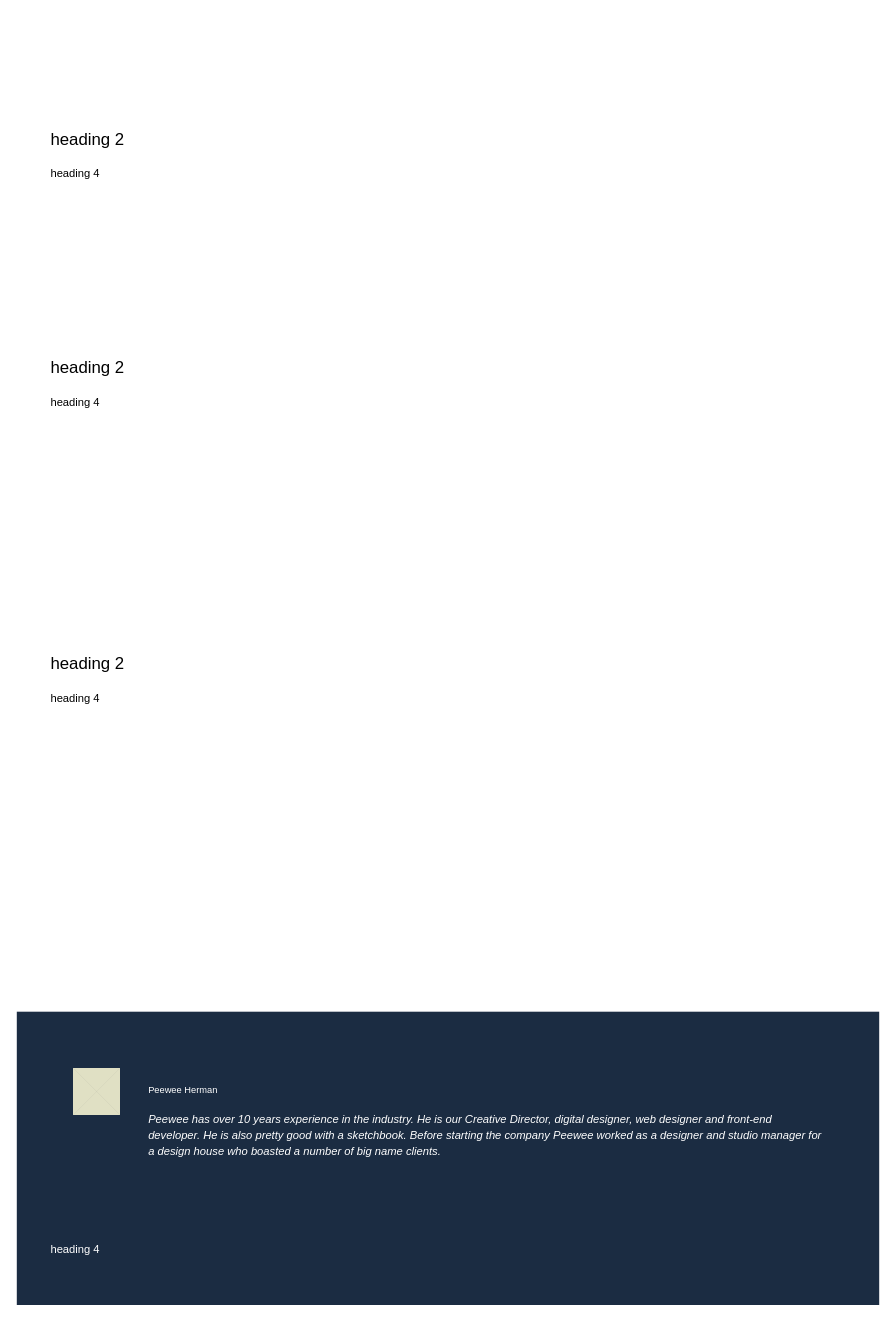
Repository: MonicaNguyenH/LAB-02A-Project1
Page: index.html
An editor plug-in stored every save of this project. The page is shown before and after the next save, followed by the edit.
The browser window is 1280 px wide. The pictures show the part of the page from y = 835 to 2755 px (the page is 2724 px tall before and 2755 px after), at 70% of full size.

Above is the page before, as saved 2024-02-06 19:05:42.

### index.html
<!doctype html>
<html class="no-js" lang="EN">

    <head>
        <meta charset="utf-8">
        <meta name="viewport" content="width=device-width, initial-scale=1">
        <title>Jumi - Tina - Monica  LAB-02A</title>
        <link rel="stylesheet" href="css/style.css">
        <meta name="description" content="">

        <meta property="og:title" content="">
        <meta property="og:type" content="">
        <meta property="og:url" content="">
        <meta property="og:image" content="">

        <link rel="icon" href="/favicon.ico" sizes="any">
        <link rel="icon" href="/icon.svg" type="image/svg+xml">
        <link rel="apple-touch-icon" href="icon.png">

        <link rel="manifest" href="site.webmanifest">
        <meta name="theme-color" content="#fafafa">
    </head>
    <body>
            <div className="row">
                <header class="headerContainer">
                    <div class="navigationBar">
                        <div class="logo"></div>
                        <div class="menuContainer">
                            <div class="menuComponent"></div>
                            <div class="menuComponent"></div>
                            <div class="menuComponent"></div>
                            <div class="menuComponent"></div>
                            <div class="menuComponent"></div>
                    </div>
                    <div class="carouselContainer"></div>
            </header>
            <main class="mainContainer">
                <div class="headingContainer">
                    <h1 class="headingOne">heading 1</h1>
                </div>
                <!--can be called serviceContainer-->
                <div class="infoContainer">
                    <div class="infoTitle">
                        <h2 class="headingTwo">heading 2</h2> <!--section intro heading-->
                        <h4 class="headingFour">heading 4</h4> <!--section intro subheading-->
                    </div>
                    <!--can be called sectionItem-->
                    <div class="infoBox"></div>
                    <div class="infoBox"></div>
                    <div class="infoBox"></div>
                    <div class="infoBox"></div>
                </div>
                <div class="imageContainer">
                    <div class="imageTitle">
                        <h2 class="headingTwo">heading 2</h2>
                        <h4 class="headingFour">heading 4</h4>
                    </div>
                    <div class="imageBox"></div>
                    <div class="imageBox"></div>
                    <div class="imageBox"></div>
                </div>
                <div class="projectContainer">
                    <div class="projectTitle">
                        <h2 class="headingTwo">heading 2</h2>
                        <h4 class="headingFour">heading 4</h4>
                    </div>
                    <div class="projectBox"></div>
                    <div class="projectBox"></div>
                    <div class="projectBox"></div>
                    <div class="projectBox"></div>
                    <div class="projectBox"></div>
                </div>
                <div class="accordionContainer">
                    <div class="accordionTitle">
                        <h2 class="headingTwo">heading 2</h2>
                        <h4 class="headingFour">heading 4</h4>
                    </div>
                    <div class="accordionMenu"></div>
                    <div class="accordionTab"></div>
                </div>
                <div class="sponsorshipContainer ">
                    <div class="sponsor"></div>
                    <div class="sponsor"></div>
                    <div class="sponsor"></div>
                    <div class="sponsor"></div>
                    <div class="sponsor"></div>
                </div>
            </main>
            <footer class="footerContainer">
                <div class="row s-col-1 m-col-2 l-col-4">
                    <div class="col row-span">
                        <div class="grid s-col-2 m-col-2-1 l-col-2-1">
                            <div class="col">
                                <img src="img/placeholder.svg" alt="placeholder image"/>
                            </div>
                            <div class="col">
                                <h5 class="headingFive">Peewee Herman</h5>
                                <p>Peewee has over 10 years experience in the industry. He is our Creative Director, digital designer, web designer and front-end developer. He is also pretty good with a sketchbook. Before starting the company Peewee worked as a designer and studio manager for a design house who boasted a number of big name clients.</p>
                            </div>
                        </div>
                    </div>
                    <div class="footerBox">
                        <h4 class="headingFour">heading 4</h4>
                    </div>
                    <div class="footerBox"></div>
                    <div class="footerBox"></div>
                    <div class="footerBox"></div>
                </div>
            </footer>
        </div>
    </body>


</html>

<!--
    - BEM
    - use instead of articleContainer - article
    - aricleItem
    - carouselSlide
    - never number stuff
    - naming convention is to reuse them as much as possible
    - dry - dont repeat yourself
    - avoid using straight width - height

-->

### css/style.css
:root {
    font-size: 1em;
    line-height: 1.4;
    color: var(--black);
    font-family: Helvetica, sans-serif;

    --dark-blue: #1B2C42;
    --white: #fff;
    --black: black;
    --blue: #56CBF9;
    --green: #ACECA1;
    --yellow: #F5D491;
    --pink: #F17EA6;
 }

audio,
canvas,
iframe,
img,
svg,
video {
    vertical-align: middle;
}

fieldset {
    border: 0;
    margin: 0;
    padding: 0;
}

textarea {
    resize: vertical;
}

img {
    width: 100%;
}

h1,
h2,
h3,
h4,
h5,
h6 {
    font-family: Arial, Helvetica, sans-serif;
    font-weight: 300;
}

p {
    font-family: Arial, Helvetica, sans-serif;
}

div,
main,
section,
footer,
header {
    min-height: 1rem;
    padding: 1rem;
}

/**core layout**/
.row {
    display: grid;
    row-gap: 1rem;
    margin: auto;
}

.col {
    position: relative;
}

/********************STYLING********************/
.footerContainer {
    background-color: var(--dark-blue);
    color: var(--white);
}

.row-span {
    grid-column-start: 1;
    grid-column-end: -1;
}


.grid {
    display: grid;
    column-gap: 0.5rem;
    row-gap: 0.5rem;
}

/* Small only */
@media screen and (max-width: 39.9375em) {
    .row {
        margin: auto;
        max-width: 60rem;
        column-gap: 1.5rem;
        row-gap: 1.5rem;
    }

    .s-col-1 {
        grid-template-columns: 1fr;
    }

    .s-col-2 {
        grid-template-columns: 1fr 1fr;
    }

    .col-2 {
        grid-template-columns: 1fr 1fr;
    }


    p {
        font-size: 0.6em;
        font-style: italic;
    }
}
/* Medium and up */
@media screen and (min-width: 40em) {
    .m-col-2 {
        grid-template-columns: 1fr 1fr;
    }

    .m-col-2-1 {
        grid-template-columns: 0.2fr 1fr;
    }

    p {
        font-size: 0.5em;
        font-style: italic;
    }

}
/* Medium only */
@media screen and (min-width: 40em) and
(max-width: 63.9375em) {

}
/* Large and up */
@media screen and (min-width: 64em) {
    .l-col-4 {
        grid-template-columns: repeat(4, 1fr);
    }

    .l-col-2-1 {
        grid-template-columns: 0.1fr 1fr;
    }

    p {
        font-size: 1em;
        font-style: italic;
    }
}
/* Large only */
@media screen and (min-width: 64em) and
(max-width: 74.9375em) {
}

After the next save:
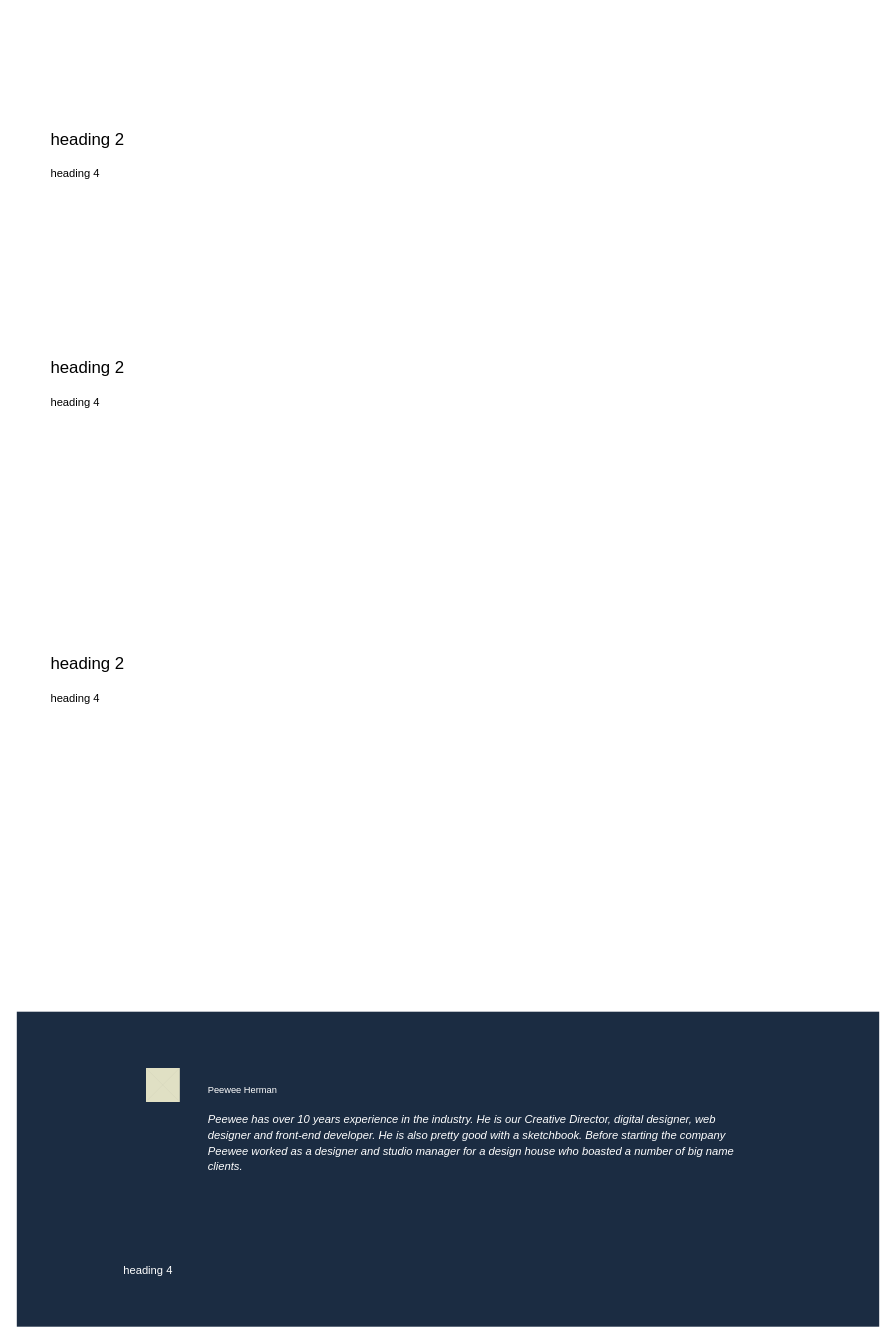
Saved 28 s later.
--- a/css/style.css
+++ b/css/style.css
@@ -138,6 +138,13 @@
 }
 /* Large and up */
 @media screen and (min-width: 64em) {
+    .row{
+        margin: auto;
+        max-width: 60rem;
+        column-gap: 1.5rem;
+        row-gap: 1.5rem;
+    }
+
     .l-col-4 {
         grid-template-columns: repeat(4, 1fr);
     }
